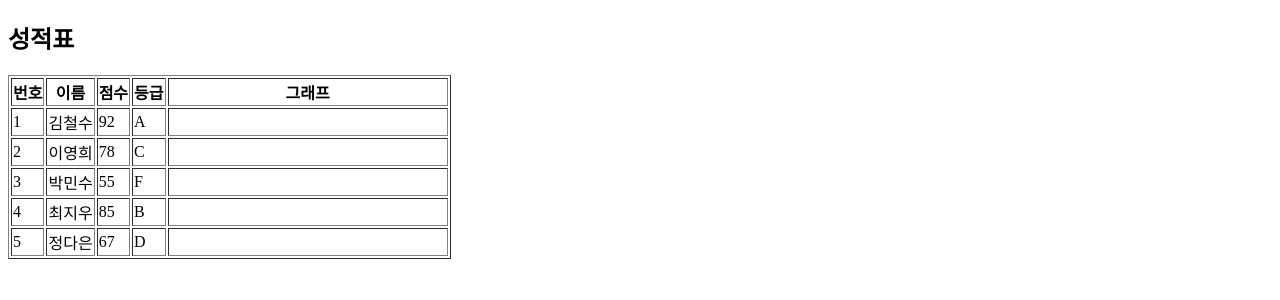
Repository: junirang330/Jsp2026
Page: http://localhost/chapter01/example_score.jsp
These files come from the project's save history. The page is drawn as it stood at one moment and after the next save; the edit follows.
The browser window is 1280 px wide. The pictures show the whole page.
The page is served by Tomcat 9.

Above is the page before, as saved 2026-10-16 05:21:43.

### chapter01/src/main/webapp/example_score.jsp
<%@ page language="java" contentType="text/html; charset=UTF-8"
    pageEncoding="UTF-8" import = "java.util.*" %>
<!DOCTYPE html>
<html>
<head>
<meta charset="UTF-8">
<title>연습문제02</title>
<style>

</style>
</head>
<body>
	<h2>성적표</h2>
	<table border = "1">
	<!-- 첫행 -->
	<tr>
		<th>번호</th>
		<th>이름</th>
		<th>점수</th>
		<th>등급</th>
		<th>그래프</th>
	</tr>

	<!-- 2행부터(반복문) -->
	<%!
		String[] names = {"김철수", "이영희", "박민수", "최지우", "정다은"};
		int[] scores = {92, 78, 55, 85, 67};

		public String getGrade(int score){
			String grade = "";
			if(score>=90){
				grade = "A";
			}else if(score>=80){
				grade = "B";
			}else if(score>=70){
				grade = "C";
			}else if(score>=60){
				grade = "D";
			}else{
				grade = "F";
			}
			return grade;
		}
	%>
	<%
		for(int i = 0; i<names.length; i++){
	%>
	<tr>
	<td><%=	i+1 %></td>
	<td><%=	names[i] %></td>
	<td><%=	scores[i] %></td>
	<td><%=	getGrade(scores[i]) %></td>
	<td><div style = "width : <%= scores[i]*3 %>px; background-color : blue;"></div></td>
	</tr>

	<%
		}
	%>

	</table>
</body>
</html>

After the next save:
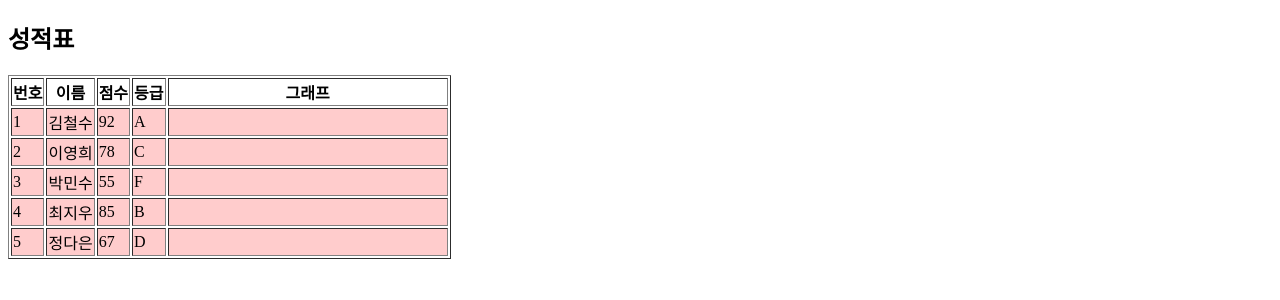
Saved 59 s later.
--- a/chapter01/src/main/webapp/example_score.jsp
+++ b/chapter01/src/main/webapp/example_score.jsp
@@ -45,7 +45,7 @@
 	<%
 		for(int i = 0; i<names.length; i++){
 	%>
-	<tr>
+	<tr style = "background-color : #ffcccc">
 	<td><%=	i+1 %></td>
 	<td><%=	names[i] %></td>
 	<td><%=	scores[i] %></td>
